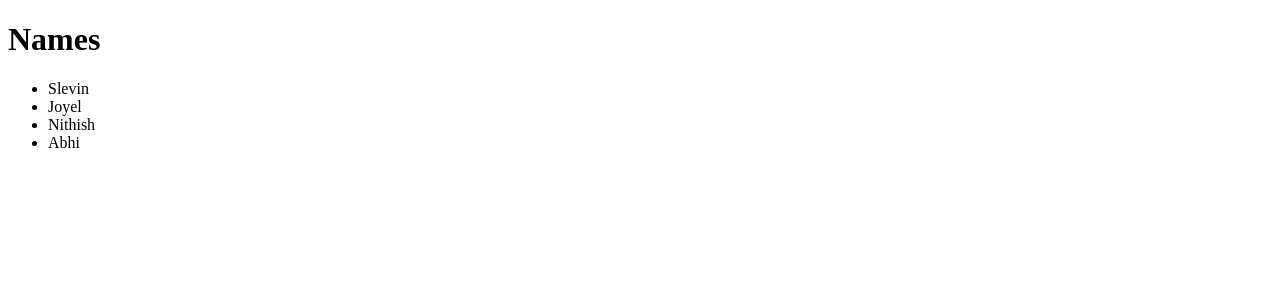
Repository: slevin2002/phpprojectgh
Page: http://localhost/names.php
An editor plug-in stored every save of this project. The page is shown before and after a run of saves, followed by the edit.
The browser window is 1280 px wide. The pictures show the whole page.
The page is run by PHP 8.4 with error messages shown; the project is at /var/www/html/.

Above is the page before, as saved 2022-12-14 12:30:06.

After the next 2 saves:
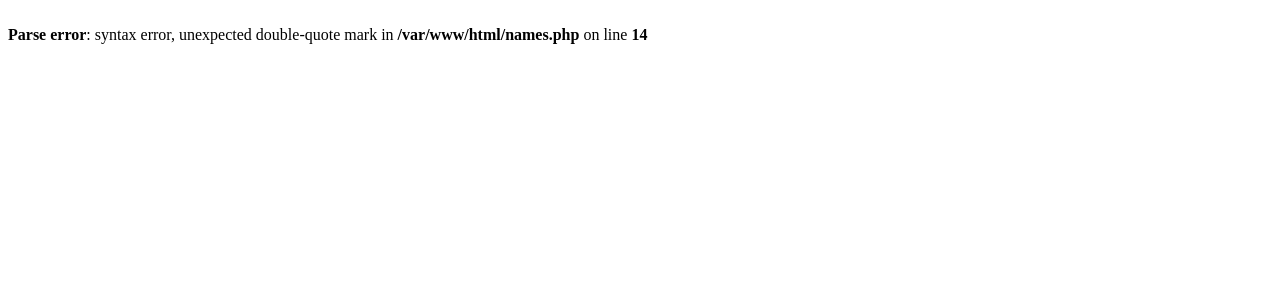
The 2 saves are shown as one change because they came seconds apart.
The last was saved 15 s later.
--- a/names.php
+++ b/names.php
@@ -11,7 +11,7 @@
 </head>
 <body class="">
     <h1>Names</h1>
-    <ul class="<?">
+    <ul class="<? count">
         <?php foreach($names as $name) { ?>
 
           <li><?= $name ?></li>
